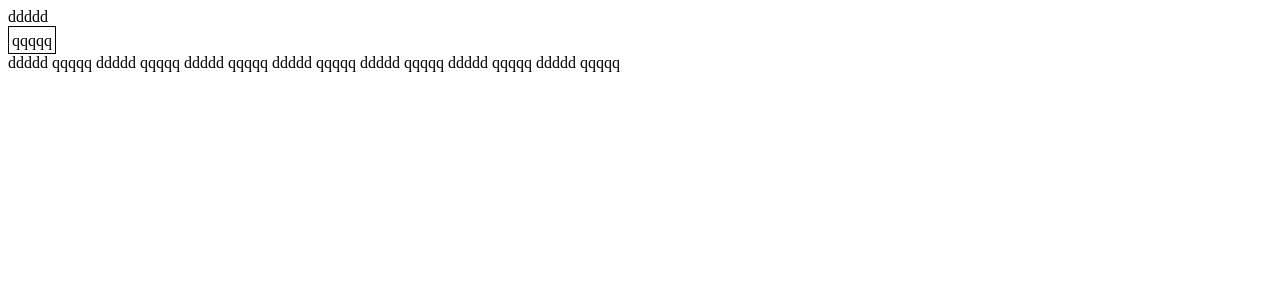
Repository: kkj68106810-dot/jsp2026
Page: http://localhost/chapter01/test02.jsp
The author's editor kept a copy of each file at every save. The page is drawn from the files as they stood at one save, then again after the next save.
The browser window is 1280 px wide. The pictures show the whole page.
The page is served by Tomcat 9.

Above is the page before, as saved 2026-10-16 04:18:22.

After the next save:
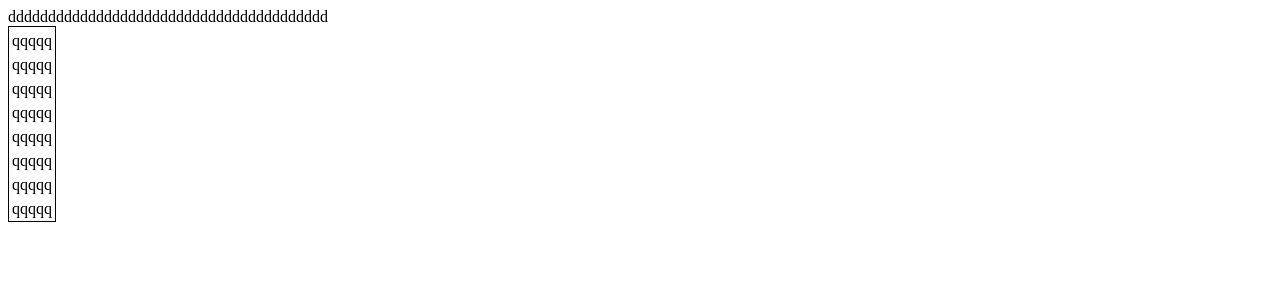
Saved 21 s later.
--- a/chapter01/src/main/webapp/test02.jsp
+++ b/chapter01/src/main/webapp/test02.jsp
@@ -14,8 +14,8 @@
 <body>
 <!-- 구구단 2단부터 9단까지 -->
 
-				<table>
-					<tbody>
+	<table>
+		<tbody>
 
 <%
 	String printStr = "";
@@ -30,8 +30,7 @@
 
 						<tr>ddddd</tr>
 						<td>qqqqq</td>
-					</tbody>
-				</table>
+
 
 				<%!
 
@@ -39,7 +38,7 @@
 				%>
 
 				<%
-				printStr += "<br>";
+
 			}
 
 		}
@@ -47,7 +46,8 @@
 %>
 
 
-
+					</tbody>
+				</table>
 
 
 
